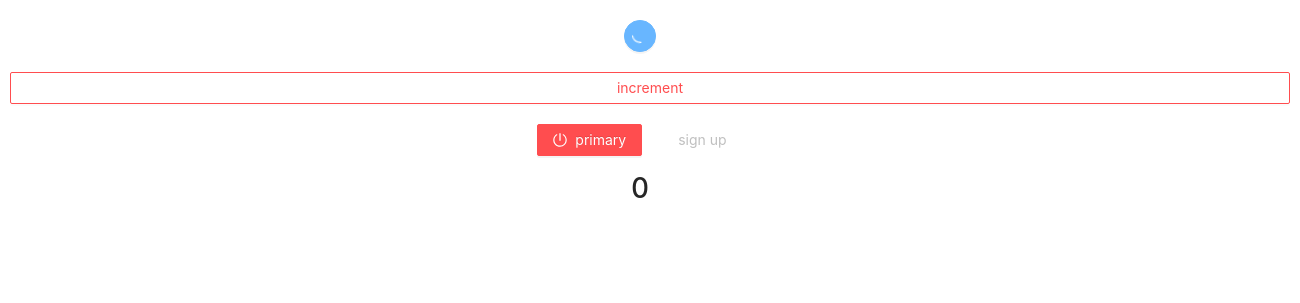
Repository: ErosHai/antd-demo
Page: /
These files come from the project's save history. The page is drawn as it stood at one moment and after a run of saves; the edit follows.
The browser window is 1280 px wide. The page is 1300 px wide, so the pictures cover 1300 px, including what lies to the right of the window. The pictures show the whole page.
The project was rebuilt for these pictures with package versions that can differ from the ones it lists, and the page was loaded fresh each time.

Above is the page before, as saved 2022-04-12 15:11:09.

### src/index.js
import React from 'react'
import { createRoot } from 'react-dom/client'
import './index.css'
import App from './App'
import reportWebVitals from './reportWebVitals'

const root = createRoot(document.getElementById('root'))
root.render(<App />)

// If you want to start measuring performance in your app, pass a function
// to log results (for example: reportWebVitals(console.log))
// or send to an analytics endpoint. Learn more: https://bit.ly/CRA-vitals
reportWebVitals()

### src/App.js
import './App.css'
import { Button, Tooltip, Typography } from 'antd'
import { SearchOutlined } from '@ant-design/icons'
import { useState } from 'react'
import { PoweroffOutlined } from '@ant-design/icons'

function App() {
	const [count, setCount] = useState(0)

	const { Title, Link } = Typography

	return (
		<div className="App">
			<Tooltip title="search">
				<Button
					type="primary"
					shape="circle"
					loading="true"
					icon={<SearchOutlined />}
				></Button>
			</Tooltip>
			<Button
				type="default"
				onClick={() => {
					setCount(count + 1)
				}}
				block
				ghost
				danger
			>
				increment
			</Button>
			<Button type="primary" danger icon={<PoweroffOutlined />}>
				primary
			</Button>
			<Button type="text" disabled>
				sign up
			</Button>

			<h1> {count} </h1>
		</div>
	)
}

export default App

### src/App.css
@import '~antd/dist/antd.css';

.App {
  text-align: center;
  /* background-color: #282c34; */
  padding:10px 0px;

}
.App button {
  margin:  10px;
}
.App-logo {
  height: 40vmin;
  pointer-events: none;
}

@media (prefers-reduced-motion: no-preference) {
  .App-logo {
    animation: App-logo-spin infinite 20s linear;
  }
}

.App-header {
  background-color: #282c34;
  min-height: 100vh;
  display: flex;
  flex-direction: column;
  align-items: center;
  justify-content: center;
  font-size: calc(10px + 2vmin);
  color: white;
}

.App-link {
  color: #61dafb;
}

@keyframes App-logo-spin {
  from {
    transform: rotate(0deg);
  }
  to {
    transform: rotate(360deg);
  }
}

Loaded but not shown: public/index.html (common file); src/index.css (common file); src/reportWebVitals.js (common file)

After the next 2 saves:
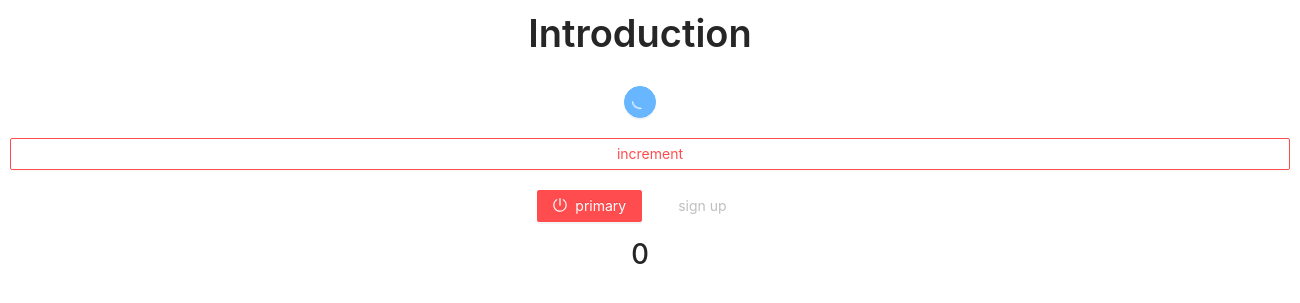
The 2 saves are shown as one change because 1 did not build or start.
The last was saved 34 s later.
--- a/src/App.js
+++ b/src/App.js
@@ -11,6 +11,8 @@ function App() {
 
 	return (
 		<div className="App">
+			<Title>Introduction</Title>
+
 			<Tooltip title="search">
 				<Button
 					type="primary"
